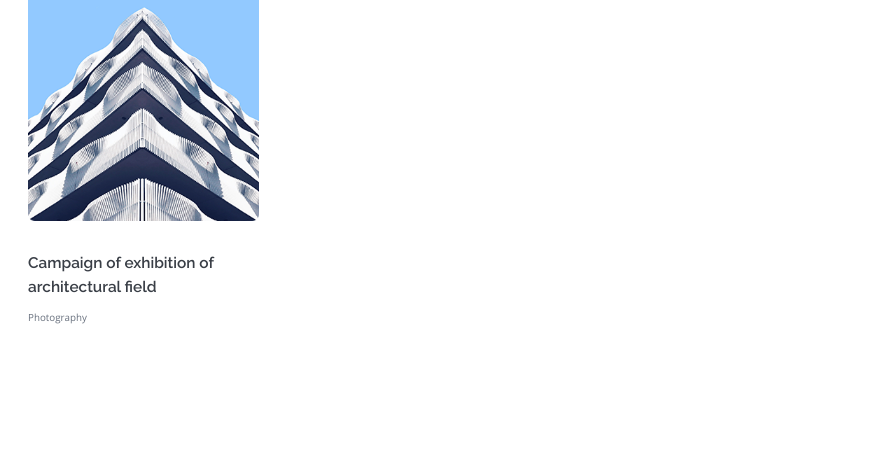
Repository: kate30980/LP-practiceoctavian
Page: index.html
These files come from the project's save history. The page is drawn as it stood at one moment and after the next save; the edit follows.
The browser window is 1280 px wide. The pictures show the part of the page from y = 1364 to 3284 px (the page is 2025 px tall before and 3284 px after), at 70% of full size.
The style sheet was rebuilt from its Sass, Less or Tailwind sources for each picture, by a compiler version that may differ from the author's.

Above is the page before, as saved 2021-08-25 09:37:56.

### index.html
<!DOCTYPE html>
<html lang="en">

<head>
    <meta charset="UTF-8">
    <meta http-equiv="X-UA-Compatible" content="IE=edge">
    <meta name="viewport" content="width=device-width, initial-scale=1.0">
    <title>Octavian LP</title>
    <script type="module" src="https://unpkg.com/ionicons@5.5.2/dist/ionicons/ionicons.esm.js"></script>
    <script nomodule src="https://unpkg.com/ionicons@5.5.2/dist/ionicons/ionicons.js"></script>
    <link rel="preconnect" href="https://fonts.googleapis.com">
    <link rel="preconnect" href="https://fonts.gstatic.com" crossorigin>
    <link
        href="https://fonts.googleapis.com/css2?family=Open+Sans:wght@300;400;600;700&family=Raleway:wght@600;700;800&display=swap"
        rel="stylesheet">
    <link rel="stylesheet" href="css/app.css">
</head>

<body>
    <header class="header">
        <div class="container">
            <div class="header-main">
                <img src="./images/logo.png" alt="logo-header" class="header-logo">
                <div class="navigation">
                    <p class="header-phone">Phone: <span>+055 - 951 237 851</span></p>
                    <img src="./images/icon-search.png" alt="" class="icon-search">
                    <img src="./images/icon-bars.png" alt="" class="icon-toggle">
                </div>
            </div>
        </div>
    </header>
    <main>
        <section class="hero">
            <img src="./images/img1.png" alt="img-header" class="hero-image">
            <div class="container">
                <div class="hero-content">
                    <h2 class="hero-caption second-font">creative & digital</h2>
                    <h1 class="hero-heading second-font">Agency</h1>
                    <a href="#" class="hero-link">Purchase Now</a>
                </div>
            </div>
        </section>
        <section class="portfolio">
            <div class="container">
                <div class="portfolio-list">
                    <div class="portfolio-column">
                        <div class="portfolio-item">
                            <div class="portfolio-image">
                                <img src="./images/img2.png" alt="img2">
                            </div>
                            <h3 class="portfolio-title second-font">Campaign of exhibition of architectural field</h3>
                            <div class="portfolio-category">Photography</div>
                        </div>
                    </div>
                    <div class="portfolio-collumn"></div>
                    <div class="portfolio-collumn"></div>
                </div>
            </div>
        </section>
    </main>
</body>

</html>

### sass/app.scss
@import "variables";
@import "reset";
@import "base";
@import "header";
@import "hero";
@import "portfolio";

### sass/_variables.scss
$primary-font: "Open sans", sans-serif;
$secondary-font: "Raleway", sans-serif;
$gray: #393e46;
$gray-light: #6a727f;

### sass/_base.scss
body{
    font-family: $primary-font;
    font-size: 16px;
    line-height:1;
    color: $gray-light;
    max-width: 1920px;
    margin: 0 auto;
}
.container{
    max-width: 1200px;
    margin: 0 auto;
    padding:0 15px;
}
.second-font{
    font-family: $secondary-font;
}

### sass/_header.scss
.header{
    &-main{
         display: flex;
         justify-content: space-between;
         align-items: center;
         padding: 40px 0;
    }
    &-phone{
        color: $gray;
        font-weight: 300;
        span{
            font-weight: 600;
            margin-left: 15px;
        }
    }
}
.navigation{
    display: flex;
    align-items: center;
    gap: 0 60px;
}

### sass/_hero.scss
.hero{
    position: relative;
    margin-bottom: 200px;
    &-image{
        margin-left: auto;
        display: block;
    }
    &-content{
        position: absolute;
        top: 50%;
        transform: translateY(-50%);
        z-index: 2;
    }
    &-caption{
        font-size: 72px;
        font-weight: 600;
        color: black;
    }
    &-heading{
        font-weight: 800;font-size: 150px;
        text-transform: uppercase;
        margin-bottom: 40px;
        color: black;
    }
    &-link{
        font-size: 18px;
        text-decoration: underline;
        color: $gray-light;
        display: inline-block;
        font-weight: 600;
    }
}

### sass/_portfolio.scss
.portfolio{
    margin-bottom: 200px;
    &-list{
        display: grid;
        grid-template-columns: repeat(3,1fr);
        grid-gap: 0 90px;
    }
    &-image{
        margin-bottom: 40px;
    }
    &-title{
        color: #393e46;
        font-size: 22px;
        line-height: 1.56;
        margin-bottom: 20px;
    }
    &-category{
        font-size: 14px;
    }
    &-column{
        display: flex;
        flex-direction: column;
        gap: 85px 0;
    }
}

Loaded but not shown: sass/_reset.scss (common file)

After the next save:
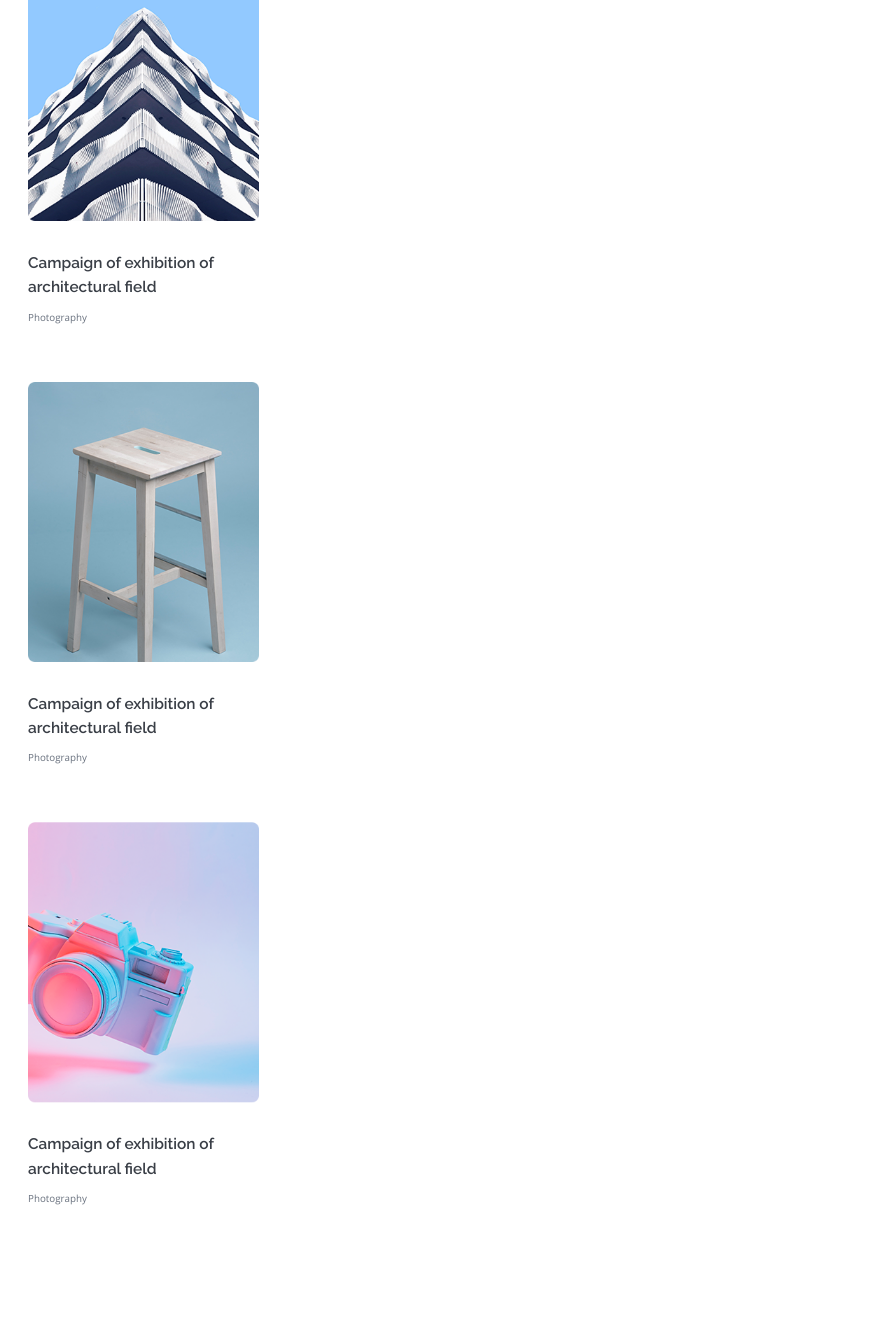
Saved 46 s later.
--- a/index.html
+++ b/index.html
@@ -51,6 +51,20 @@
                             <h3 class="portfolio-title second-font">Campaign of exhibition of architectural field</h3>
                             <div class="portfolio-category">Photography</div>
                         </div>
+                        <div class="portfolio-item">
+                            <div class="portfolio-image">
+                                <img src="./images/img3.png" alt="img2">
+                            </div>
+                            <h3 class="portfolio-title second-font">Campaign of exhibition of architectural field</h3>
+                            <div class="portfolio-category">Photography</div>
+                        </div>
+                        <div class="portfolio-item">
+                            <div class="portfolio-image">
+                                <img src="./images/img4.png" alt="img2">
+                            </div>
+                            <h3 class="portfolio-title second-font">Campaign of exhibition of architectural field</h3>
+                            <div class="portfolio-category">Photography</div>
+                        </div>
                     </div>
                     <div class="portfolio-collumn"></div>
                     <div class="portfolio-collumn"></div>
